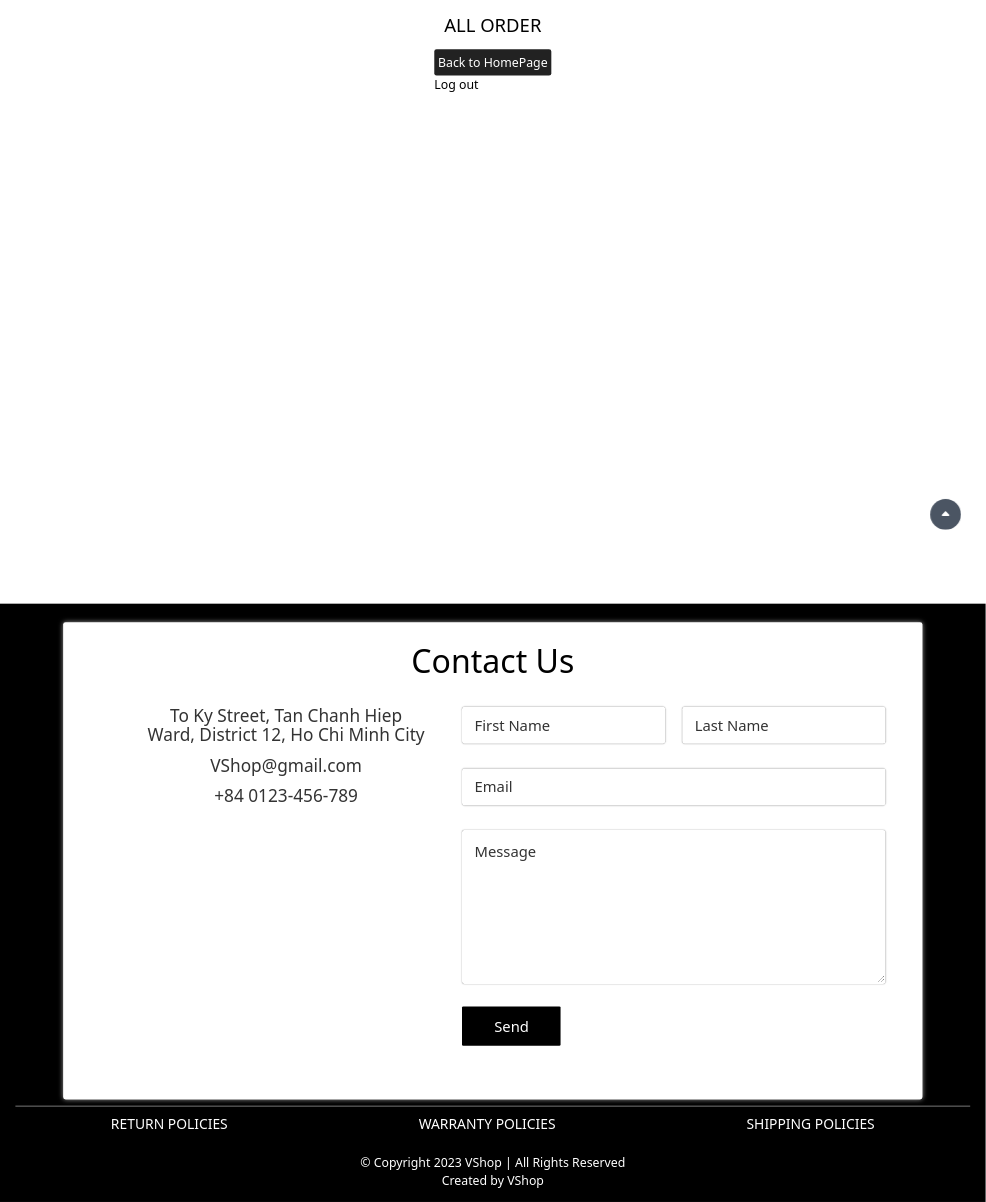
Repository: Kith933UTH/VSHOP
Page: /user
The author's editor kept a copy of each file at every save. The page is drawn from the files as they stood at one save, then again after the next save.
The browser window is 1280 px wide. The pictures show the whole page, at 77% of full size.
Pictures or frames that could not be fetched are drawn as grey boxes. The project was rebuilt for these pictures with package versions that can differ from the ones it lists, and the page was loaded fresh each time. Also part of the build but not shown: src/components/product-item/ProductItem.js, src/components/loader/Loader.js, src/constants/constants.js, src/components/product-filters/Category.js, src/components/product-filters/Price.js, src/components/product-filters/Rating.js, src/components/product-filters/ProductFilters.js, src/components/cart-shopping/CartEmpty.js and 24 more.

Above is the page before, as saved 2023-08-05 23:00:07.

After the next save:
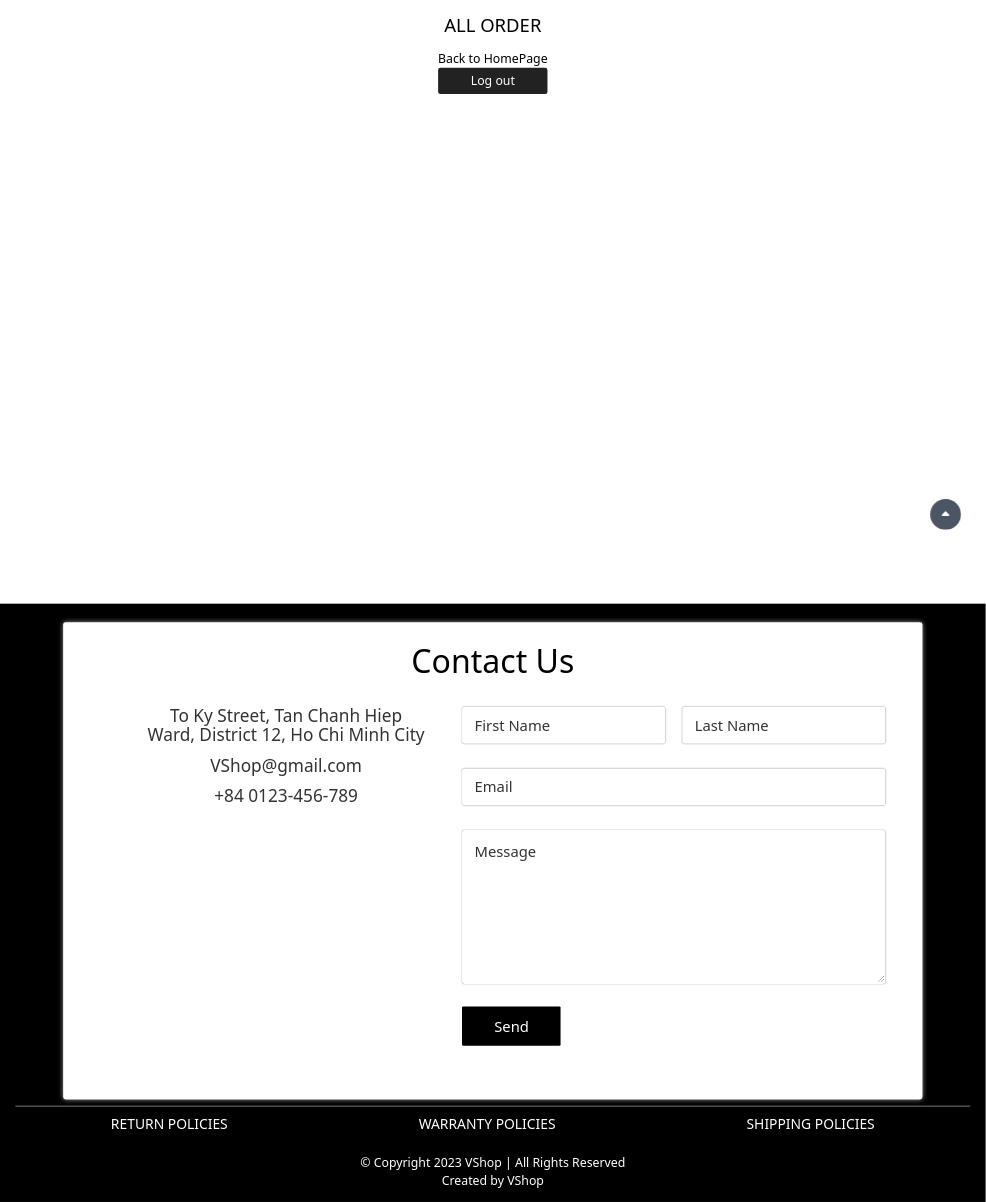
Saved 19 s later.
--- a/src/components/user/User.js
+++ b/src/components/user/User.js
@@ -38,8 +38,8 @@ export function User() {
             </div>
             )}
             <div>
-                <button  id="sub_btn" onClick={handleBack}>Back to HomePage</button>
-                <button onClick={handleLogOut}>Log out</button>
+                <button  onClick={handleBack}>Back to HomePage</button>
+                <button id="sub_btn" onClick={handleLogOut}>Log out</button>
             </div>
         </div>
         </>
